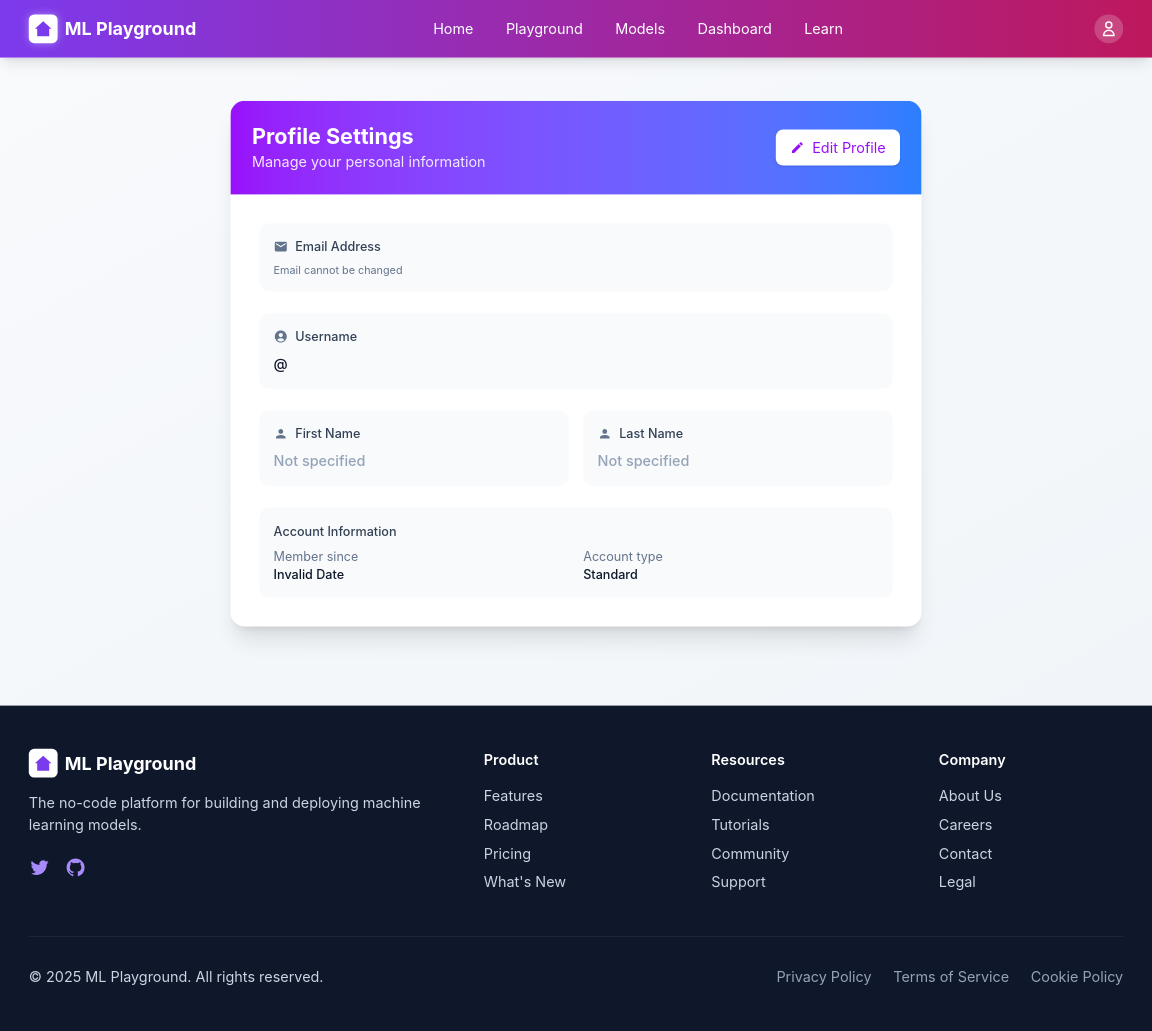
Repository: mdjaved24/ML_Playground
Page: /profile (app in frontend/)
The author's editor kept a copy of each file at every save. The page is drawn from the files as they stood at one save, then again after the next save.
The browser window is 1280 px wide. The pictures show the whole page, at 90% of full size.
The page's requests for data from a server got no answer. The project was rebuilt for these pictures with package versions that can differ from the ones it lists, and the page was loaded fresh each time. No one was signed in, and anything a server would have sent is missing. Also part of the build but not shown: frontend/vite.config.js, frontend/src/pages/Landing Page/LandingPage.jsx, frontend/src/pages/Auth/Login.jsx, frontend/src/modals/ChangePassword.jsx, frontend/src/pages/Homepage/Homepage.jsx, frontend/src/pages/Dashboard/Dashboard.jsx, frontend/src/pages/Auth/Signup.jsx, frontend/src/pages/Auth/ForgotPassword.jsx and 3 more.

Above is the page before, as saved 2025-07-16 11:39:26.

After the next save:
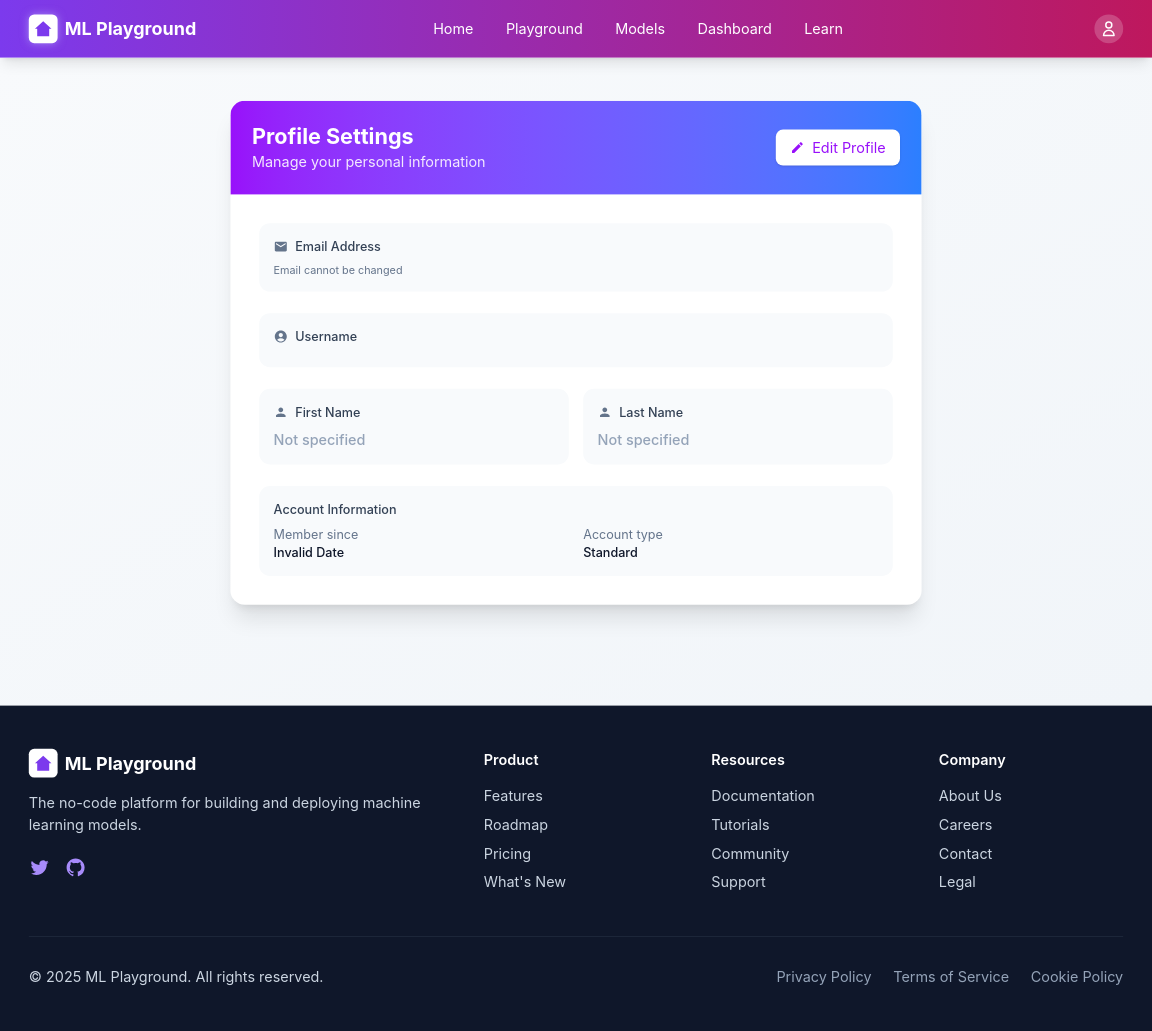
Saved 21 s later.
--- a/frontend/src/pages/Profile/ProfilePage.jsx
+++ b/frontend/src/pages/Profile/ProfilePage.jsx
@@ -166,7 +166,7 @@ const ProfilePage = () => {
                       className="w-full bg-white border border-gray-300 rounded-lg px-4 py-2 focus:outline-none focus:ring-2 focus:ring-purple-500 focus:border-transparent"
                     />
                   ) : (
-                    <p className="text-gray-900 font-medium">@{user.username}</p>
+                    <p className="text-gray-900 font-medium">{user.username}</p>
                   )}
                 </div>
 
